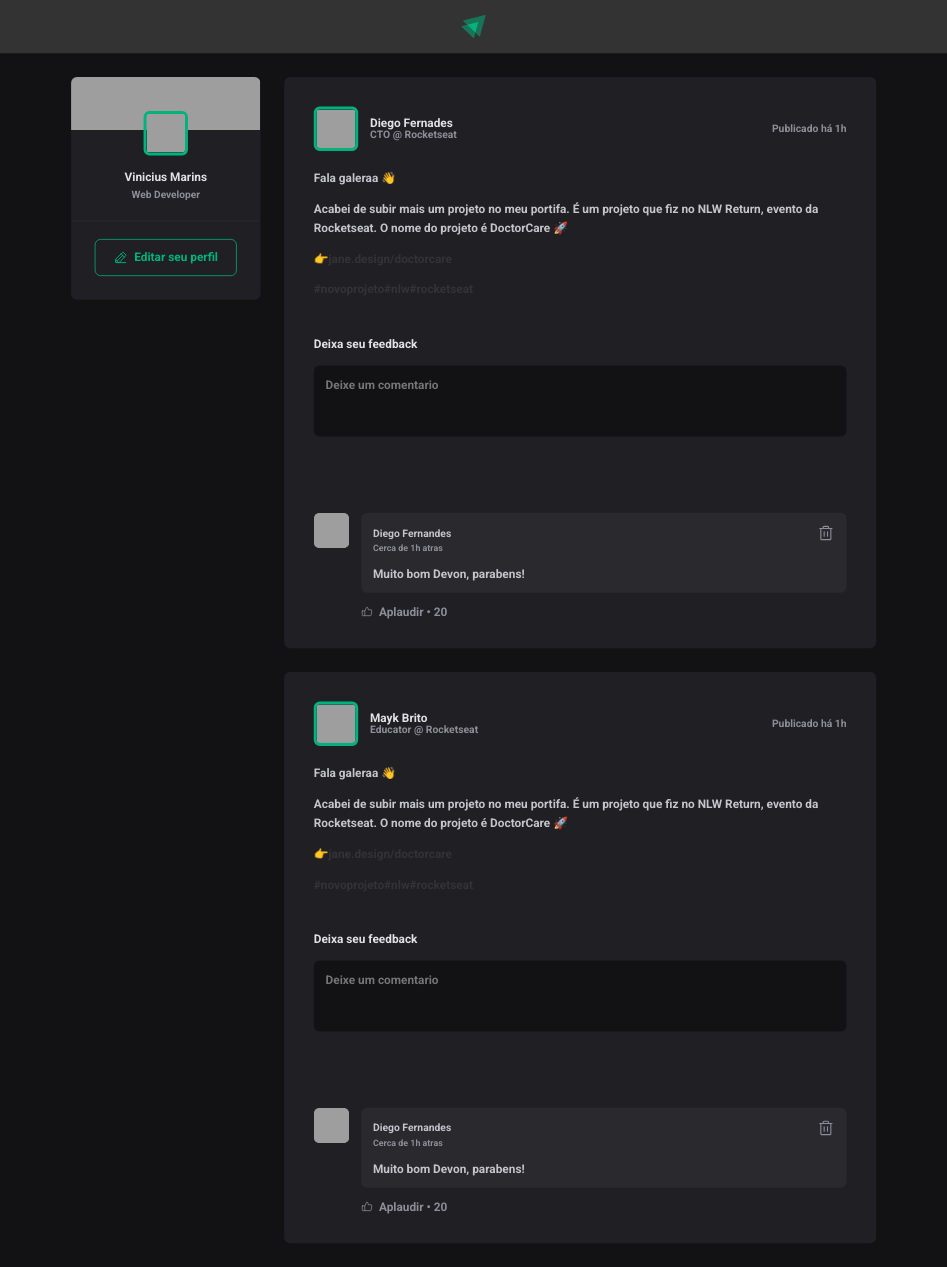
Repository: viniimartins/reactFundamentosRocketseat
Page: /
An editor plug-in stored every save of this project. The page is shown before and after a run of saves, followed by the edit.
The browser window is 1280 px wide. The pictures show the whole page, at 74% of full size.
Pictures or frames that could not be fetched are drawn as grey boxes. The project was rebuilt for these pictures with package versions that can differ from the ones it lists, and the page was loaded fresh each time. Also part of the build but not shown: vite.config.js.

Above is the page before, as saved 2023-05-02 13:24:51.

After the next 2 saves:
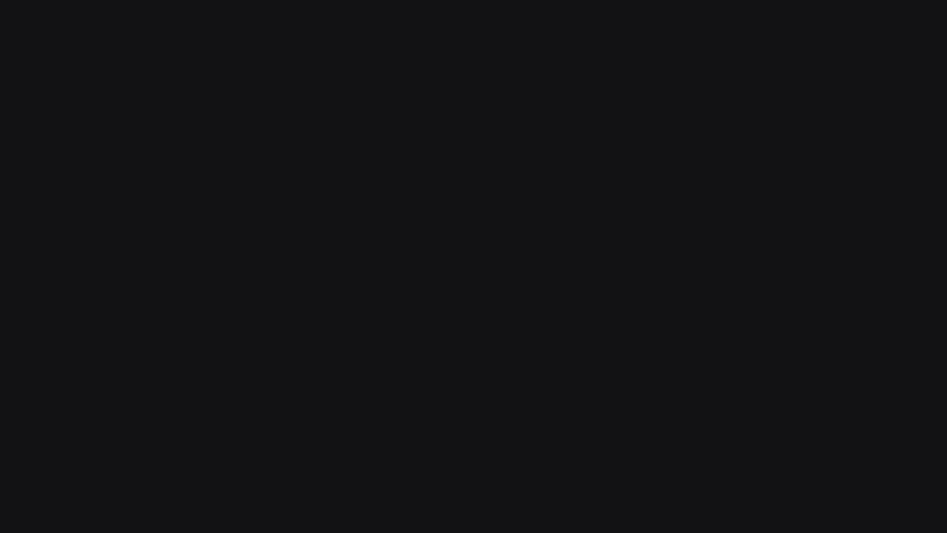
Console error: ReferenceError: props is not defined
The 2 saves are shown as one change because they came seconds apart.
The last was saved 35 s later.
--- a/src/Components/Post.jsx
+++ b/src/Components/Post.jsx
@@ -3,7 +3,7 @@ import { Comment } from './Comment'
 import { Avatar } from './Avatar'
 
 
-export function Post(props) {
+export function Post({ author }) {
     return (
         <article className={styles.post}>
             <header>

After the save that followed:
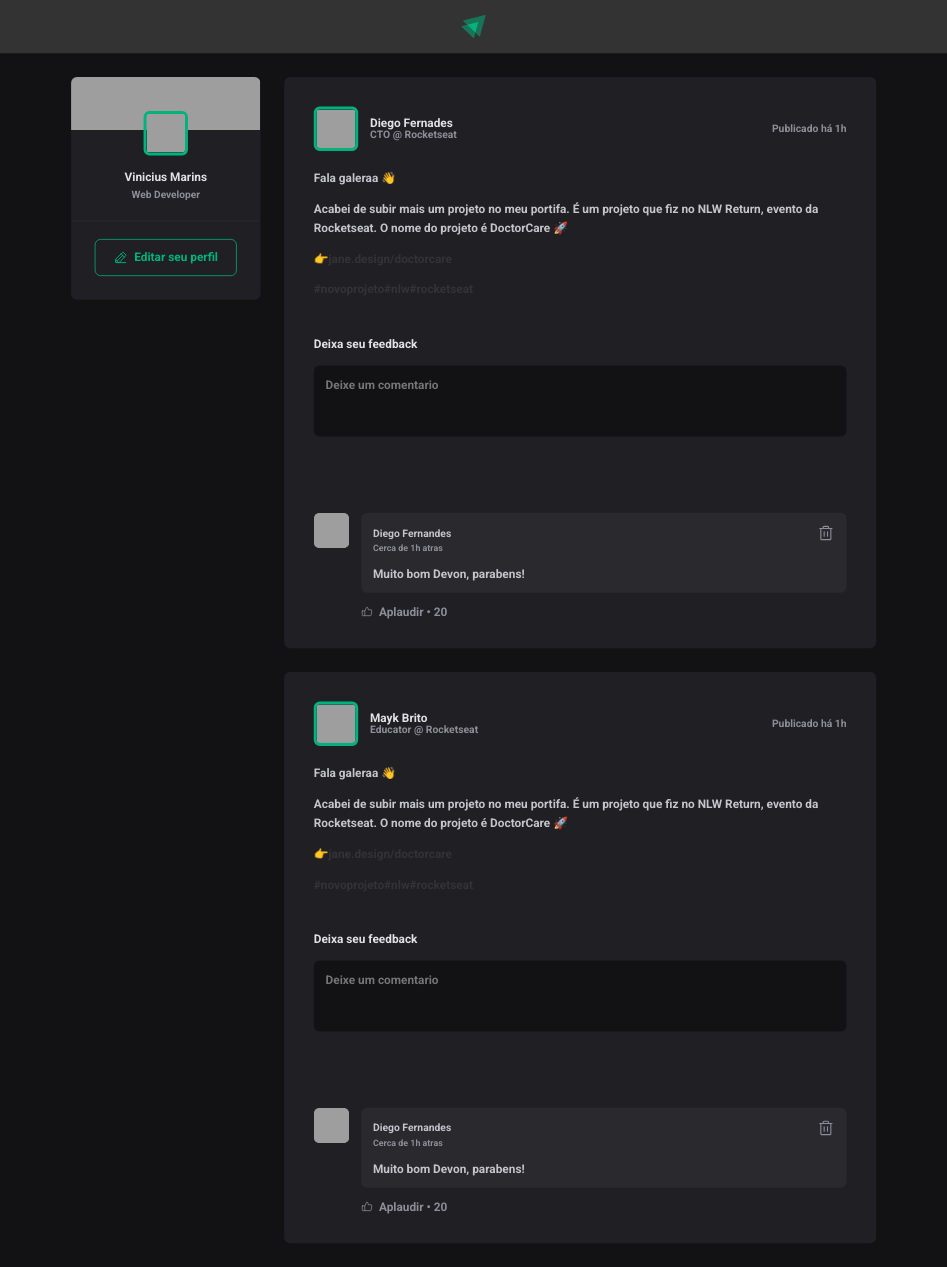
The error is gone.
Saved 6 s later.
--- a/src/Components/Post.jsx
+++ b/src/Components/Post.jsx
@@ -8,10 +8,10 @@ export function Post(props) {
         <article className={styles.post}>
             <header>
                 <div className={styles.author}>
-                    <Avatar src={props.author.avatarUrl} />
+                    <Avatar src={author.avatarUrl} />
                     <div className={styles.authorInfo}>
-                        <strong>{props.author.name}</strong>
-                        <span>{props.author.role}</span>
+                        <strong>{author.name}</strong>
+                        <span>{author.role}</span>
                     </div>
                 </div>
                 <time title="11 de Maio ás 08:13" dateTime="2022-05-11 08:13:30">Publicado há 1h</time>
